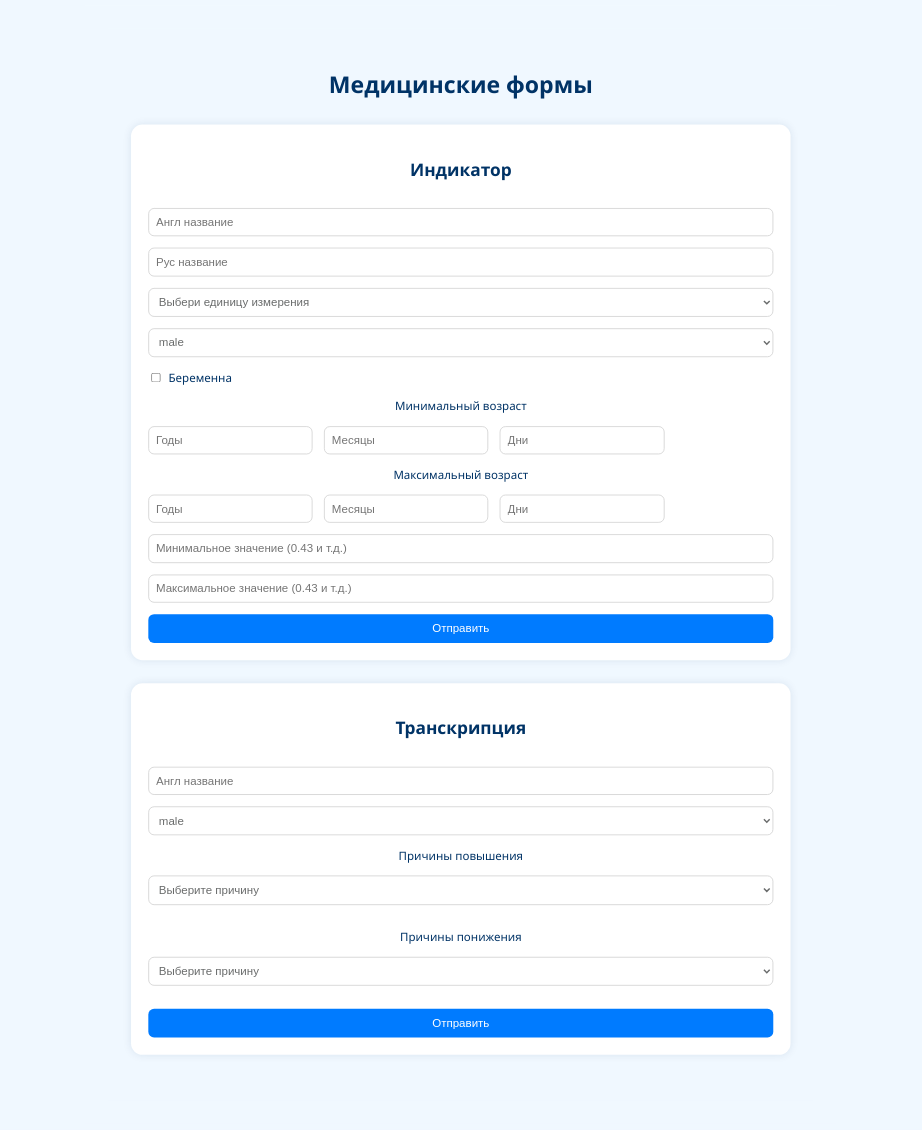
Repository: GGlebux/Transay
Page: / (app in frontend/)
These files come from the project's save history. The page is drawn as it stood at one moment and after a run of saves; the edit follows.
The browser window is 1280 px wide. The pictures show the whole page, at 72% of full size.
The project was rebuilt for these pictures with package versions that can differ from the ones it lists, and the page was loaded fresh each time. Also part of the build but not shown: frontend/vite.config.ts.

Above is the page before, as saved 2025-08-04 16:30:05.

### frontend/src/index.css
:root {
  font-family: system-ui, Avenir, Helvetica, Arial, sans-serif;
  line-height: 1.5;
  font-weight: 400;
  background-color: #f0f8ff;
  color-scheme: light dark;
  color: rgba(255, 255, 255, 0.87);


  font-synthesis: none;
  text-rendering: optimizeLegibility;
  -webkit-font-smoothing: antialiased;
  -moz-osx-font-smoothing: grayscale;
}

input, select {
  background: #ffffff;
  color: rgb(105, 107, 107);
}

### frontend/src/App.tsx
import './styles/forms.css';
import IndicatorForm from './components/IndicatorForm';
import TranscriptForm from './components/TranscriptForm';

function App() {
  return (
    <div className="container">
      <h1>Медицинские формы</h1>
      <IndicatorForm />
      <TranscriptForm />
    </div>
  );
}

export default App;

### frontend/src/styles/forms.css
#root {
  max-width: 980px;
  margin: 0 auto;
  padding: 2rem;
  text-align: center;
  background-color: #f0f8ff;
}

.form-label {
  display: flex;
  flex-direction: column;
  font-weight: 500;
  color: #003366;
  font-size: 0.95rem;
  gap: 0.3rem;
}


.container {
  padding: 2rem;
  background-color: #f0f8ff;
  color: #003366;
  font-family: 'Segoe UI', sans-serif;
}

h1 {
  text-align: center;
  margin-bottom: 2rem;
}

.form-card {
  background: white;
  padding: 1.5rem;
  border-radius: 1rem;
  box-shadow: 0 0 12px rgba(0, 51, 102, 0.1);
  margin-bottom: 2rem;
  display: flex;
  flex-direction: column;
  gap: 1rem;
}

input,
select {
  padding: 0.6rem;
  border: 1px solid #ccc;
  border-radius: 8px;
  font-size: 1rem;
}

button {
  background-color: #007bff;
  color: white;
  border: none;
  padding: 0.7rem 1.5rem;
  font-size: 1rem;
  border-radius: 8px;
  cursor: pointer;
  transition: background 0.3s ease;
}

button:hover {
  background-color: #0056b3;
}

.age-row {
  display: flex;
  gap: 1rem;
}

.checkbox {
  display: flex;
  align-items: center;
  gap: 0.5rem;
}

.tag-container {
  display: flex;
  flex-wrap: wrap;
  gap: 0.5rem;
}

.tag {
  background-color: #e6f0ff;
  border: 1px solid #007bff;
  color: #003366;
  padding: 0.4rem 0.8rem;
  border-radius: 20px;
  display: flex;
  align-items: center;
  gap: 0.5rem;
}

.tag button {
  background: none;
  border: none;
  font-size: 1.2rem;
  color: #007bff;
  cursor: pointer;
}

### frontend/src/components/IndicatorForm.tsx
import { useState, useEffect } from 'react';

const genders = ['male', 'female', 'both'];

function IndicatorForm() {
  const [units, setUnits] = useState<string[]>([]);

  useEffect(() => {
    // Заменить на свой API
    setUnits(['mg/L', 'mmol/L', 'g/dL']);
  }, []);

  return (
    <form className="form-card">
      <h2>Индикатор</h2>
      <input placeholder="Англ название" />
      <input placeholder="Рус название" />

      <select>
        <option>Выбери единицу измерения</option>
        {units.map((u) => (
          <option key={u}>{u}</option>
        ))}
      </select>

      <select>
        {genders.map((g) => (
          <option key={g} value={g}>
            {g}
          </option>
        ))}
      </select>

      <label className="checkbox">
        <input type="checkbox" />
        Беременна
      </label>

      <label>Минимальный возраст</label>
      <div className="age-row">
        <input placeholder="Годы" type="number" />
        <input placeholder="Месяцы" type="number" />
        <input placeholder="Дни" type="number" />
      </div>

      <label>Максимальный возраст</label>
      <div className="age-row">
        <input placeholder="Годы" type="number" />
        <input placeholder="Месяцы" type="number" />
        <input placeholder="Дни" type="number" />
      </div>

      <input placeholder="Минимальное значение (0.43 и т.д.)" type="number" step="0.0001" />
      <input placeholder="Максимальное значение (0.43 и т.д.)" type="number" step="0.0001" />

      <button type="submit">Отправить</button>
    </form>
  );
}

export default IndicatorForm;

### frontend/src/components/TranscriptForm.tsx
import { useState } from 'react';

const genders = ['male', 'female', 'both'];
const exampleReasons = ['Стресс', 'Инфекция', 'Беременность', 'Физнагрузка'];

function TranscriptForm() {
  const [raiseReasons, setRaiseReasons] = useState<string[]>([]);
  const [lowerReasons, setLowerReasons] = useState<string[]>([]);

  const handleSelect = (type: 'raise' | 'lower', value: string) => {
    const set = type === 'raise' ? setRaiseReasons : setLowerReasons;
    const current = type === 'raise' ? raiseReasons : lowerReasons;
    if (!current.includes(value)) set([...current, value]);
  };

  const handleRemove = (type: 'raise' | 'lower', value: string) => {
    const set = type === 'raise' ? setRaiseReasons : setLowerReasons;
    const current = type === 'raise' ? raiseReasons : lowerReasons;
    set(current.filter((r) => r !== value));
  };

  return (
    <form className="form-card">
      <h2>Транскрипция</h2>

      <input placeholder="Англ название" />

      <select>
        {genders.map((g) => (
          <option key={g} value={g}>
            {g}
          </option>
        ))}
      </select>

      <label>Причины повышения</label>
      <select onChange={(e) => handleSelect('raise', e.target.value)}>
        <option>Выберите причину</option>
        {exampleReasons.map((r) => (
          <option key={r}>{r}</option>
        ))}
      </select>

      <div className="tag-container">
        {raiseReasons.map((r) => (
          <span key={r} className="tag">
            {r}
            <button type="button" onClick={() => handleRemove('raise', r)}>
              ×
            </button>
          </span>
        ))}
      </div>

      <label>Причины понижения</label>
      <select onChange={(e) => handleSelect('lower', e.target.value)}>
        <option>Выберите причину</option>
        {exampleReasons.map((r) => (
          <option key={r}>{r}</option>
        ))}
      </select>

      <div className="tag-container">
        {lowerReasons.map((r) => (
          <span key={r} className="tag">
            {r}
            <button type="button" onClick={() => handleRemove('lower', r)}>
              ×
            </button>
          </span>
        ))}
      </div>

      <button type="submit">Отправить</button>
    </form>
  );
}

export default TranscriptForm;

Loaded but not shown: frontend/index.html (common file); frontend/src/main.tsx (common file)

After the next 2 saves:
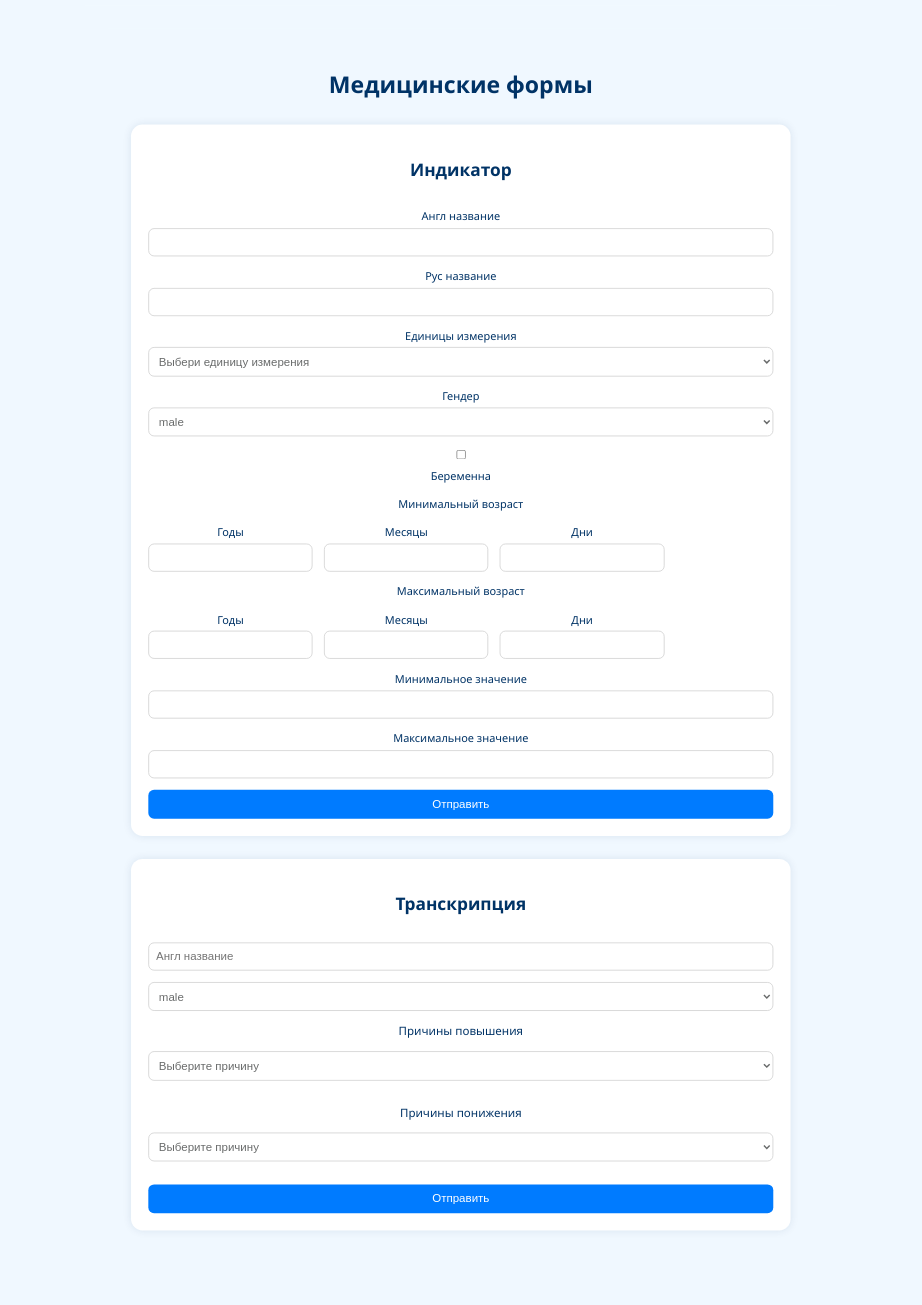
The 2 saves are shown as one change because 1 did not build or start.
The last was saved 18 s later.
--- a/frontend/src/components/IndicatorForm.tsx
+++ b/frontend/src/components/IndicatorForm.tsx
@@ -10,19 +10,32 @@ function IndicatorForm() {
     setUnits(['mg/L', 'mmol/L', 'g/dL']);
   }, []);
 
-  return (
-    <form className="form-card">
-      <h2>Индикатор</h2>
-      <input placeholder="Англ название" />
-      <input placeholder="Рус название" />
+return (
+  <form className="form-card">
+    <h2>Индикатор</h2>
 
+    <label className="form-label">
+      Англ название
+      <input type="text" />
+    </label>
+
+    <label className="form-label">
+      Рус название
+      <input type="text" />
+    </label>
+
+    <label className="form-label">
+      Единицы измерения
       <select>
         <option>Выбери единицу измерения</option>
         {units.map((u) => (
           <option key={u}>{u}</option>
         ))}
       </select>
+    </label>
 
+    <label className="form-label">
+      Гендер
       <select>
         {genders.map((g) => (
           <option key={g} value={g}>
@@ -30,32 +43,40 @@ function IndicatorForm() {
           </option>
         ))}
       </select>
+    </label>
 
-      <label className="checkbox">
-        <input type="checkbox" />
-        Беременна
-      </label>
+    <label className="form-label checkbox">
+      <input type="checkbox" />
+      Беременна
+    </label>
 
-      <label>Минимальный возраст</label>
-      <div className="age-row">
-        <input placeholder="Годы" type="number" />
-        <input placeholder="Месяцы" type="number" />
-        <input placeholder="Дни" type="number" />
-      </div>
+    <label className="form-label">Минимальный возраст</label>
+    <div className="age-row">
+      <label className="form-label">Годы<input type="number" /></label>
+      <label className="form-label">Месяцы<input type="number" /></label>
+      <label className="form-label">Дни<input type="number" /></label>
+    </div>
 
-      <label>Максимальный возраст</label>
-      <div className="age-row">
-        <input placeholder="Годы" type="number" />
-        <input placeholder="Месяцы" type="number" />
-        <input placeholder="Дни" type="number" />
-      </div>
+    <label className="form-label">Максимальный возраст</label>
+    <div className="age-row">
+      <label className="form-label">Годы<input type="number" /></label>
+      <label className="form-label">Месяцы<input type="number" /></label>
+      <label className="form-label">Дни<input type="number" /></label>
+    </div>
 
-      <input placeholder="Минимальное значение (0.43 и т.д.)" type="number" step="0.0001" />
-      <input placeholder="Максимальное значение (0.43 и т.д.)" type="number" step="0.0001" />
+    <label className="form-label">
+      Минимальное значение
+      <input type="number" step="0.0001" />
+    </label>
 
-      <button type="submit">Отправить</button>
-    </form>
-  );
+    <label className="form-label">
+      Максимальное значение
+      <input type="number" step="0.0001" />
+    </label>
+
+    <button type="submit">Отправить</button>
+  </form>
+);
 }
 
 export default IndicatorForm;
